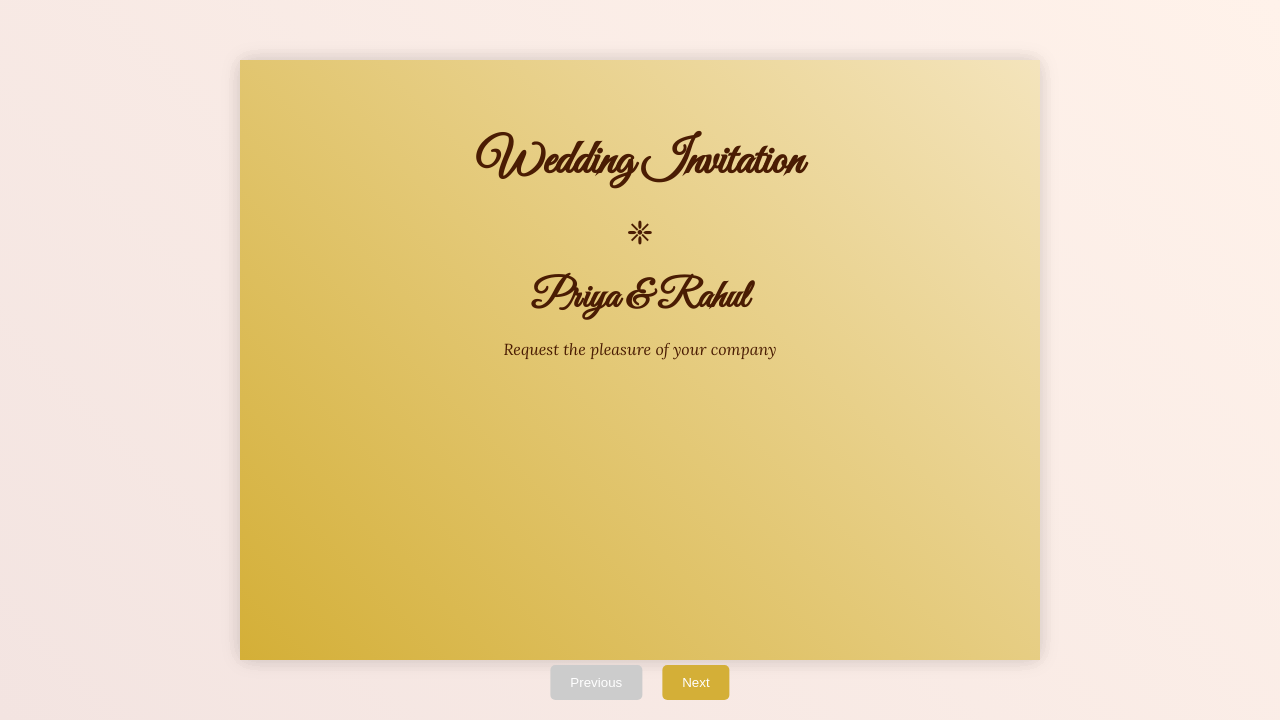
Repository: abhibkop27/finalwedding
Page: index.html
The author's editor kept a copy of each file at every save. The page is drawn from the files as they stood at one save, then again after the next save.
The browser window is 1280 px wide. The pictures show the whole page.

Above is the page before, as saved 2025-02-17 12:24:17.

After the next save:
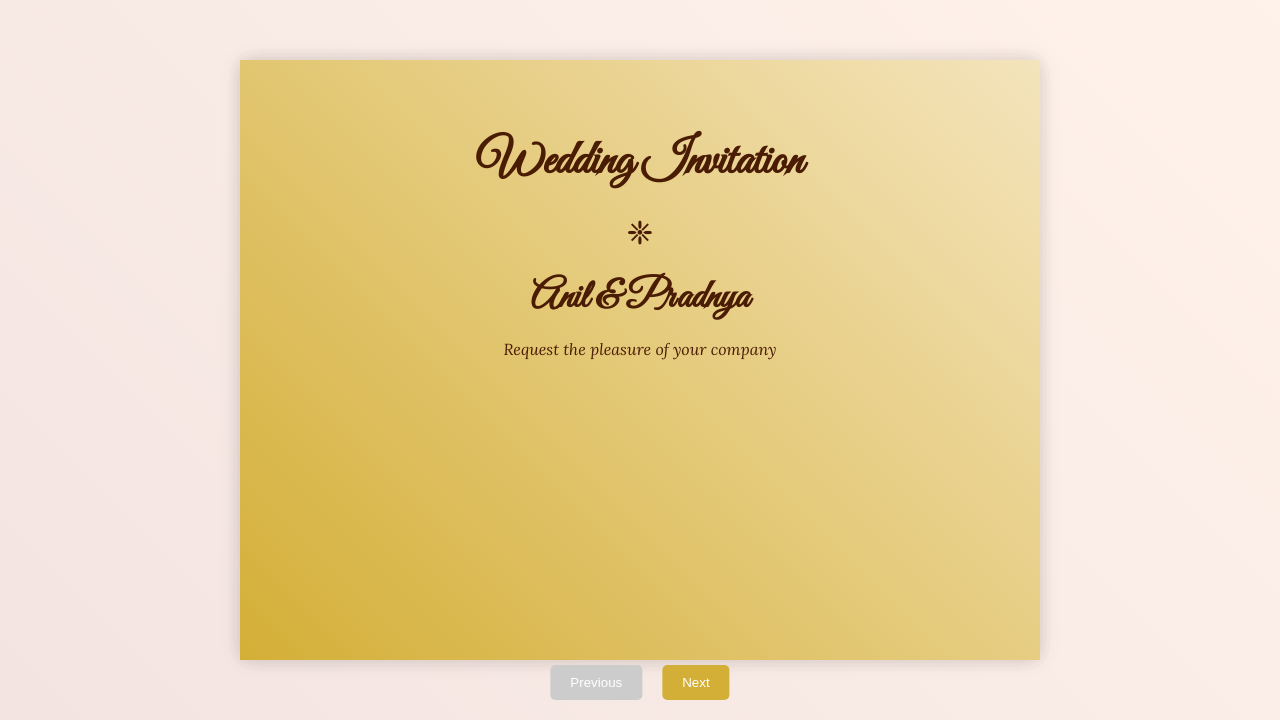
Saved 105 s later.
--- a/index.html
+++ b/index.html
@@ -14,7 +14,7 @@
             <div class="content">
                 <h1>Wedding Invitation</h1>
                 <div class="ornament">❈</div>
-                <h2>Priya & Rahul</h2>
+                <h2>Anil & Pradnya</h2>
                 <p>Request the pleasure of your company</p>
             </div>
         </div>
@@ -23,12 +23,12 @@
         <div class="page" data-page="2">
             <div class="content">
                 <h2>The Wedding Ceremony</h2>
-                <p class="date">December 15th, 2024</p>
-                <p class="time">6:00 PM Onwards</p>
+                <p class="date">February  20, 2025</p>
+                <p class="time">12:21 PM Onwards</p>
                 <div class="venue">
                     <h3>Venue</h3>
-                    <p>Royal Garden Palace</p>
-                    <a href="https://maps.google.com/?q=Royal+Garden+Palace" target="_blank" class="map-link">View Location</a>
+                    <p>Reshimgathi Sanskrutik Bhavan</p>
+                    <a href="https://maps.app.goo.gl/dHfJvonCVZ4RNg2w9" target="_blank" class="map-link">View Location</a>
                 </div>
             </div>
         </div>
